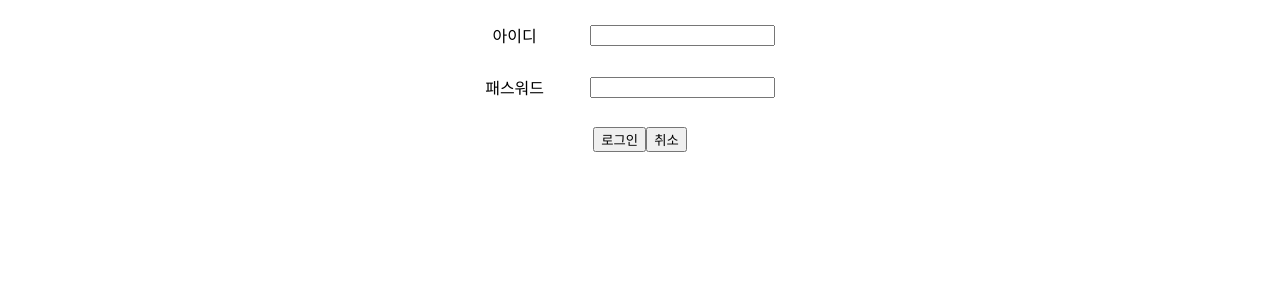
Repository: kdw1437/CreateBoardProject
Page: http://localhost/JSP3/forwardLogin.jsp
An editor plug-in stored every save of this project. The page is shown before and after the next save, followed by the edit.
The browser window is 1280 px wide. The pictures show the whole page.
The page is served by Tomcat 9. Other server files are loaded and not shown.

Above is the page before, as saved 2024-08-06 01:08:18.

### JSP3/src/main/webapp/forwardLogin.jsp
<%@ page language="java" contentType="text/html; charset=EUC-KR"
    pageEncoding="EUC-KR"%>
<!DOCTYPE html>
<html>
<body>

	<center>
	<form action="ResponseProc.jsp" method="post">
	<table width="400">
		<tr height="50">
		<td align="center" width="150"> 아이디 </td>
		<td width="250"><input type="text" name="id"></td>
		</tr>
		<tr height="50">
		<td align="center" width="150"> 패스워드 </td>
		<td width="250"><input type="text" name="pass"></td>
		</tr>
		<tr height="50">
		<td align="center" colspan="2">
		<input type="submit" value="로그인"><input type="reset" value="취소">
		</td>
		</tr>
	</table>
	</form>
	</center>
</body>
</html>

After the next save:
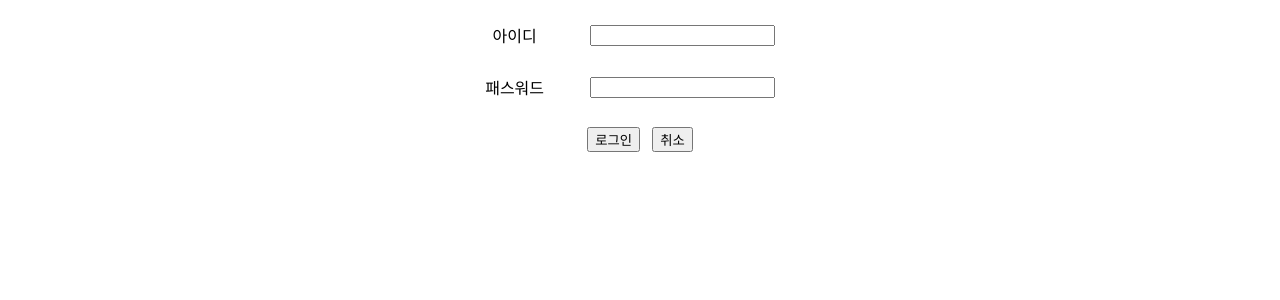
Saved 21 s later.
--- a/JSP3/src/main/webapp/forwardLogin.jsp
+++ b/JSP3/src/main/webapp/forwardLogin.jsp
@@ -17,7 +17,7 @@
 		</tr>
 		<tr height="50">
 		<td align="center" colspan="2">
-		<input type="submit" value="로그인"><input type="reset" value="취소">
+		<input type="submit" value="로그인"> &nbsp;&nbsp;<input type="reset" value="취소">
 		</td>
 		</tr>
 	</table>
